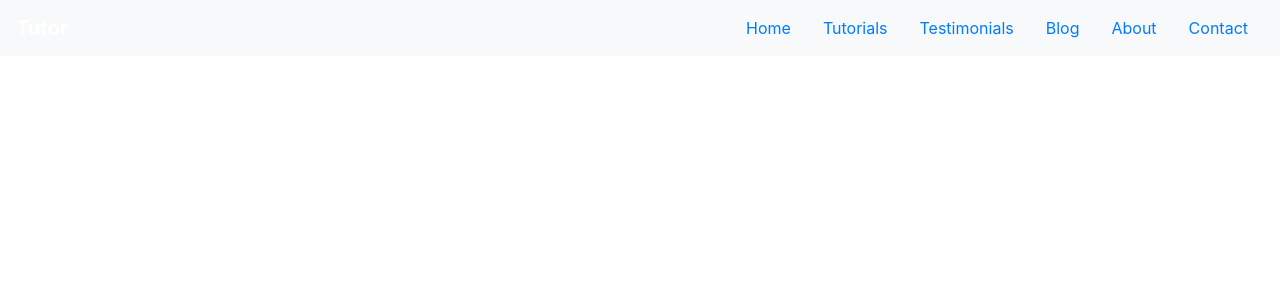
Repository: longvh2003/Tutor
Page: Views/home.html
The author's editor kept a copy of each file at every save. The page is drawn from the files as they stood at one save, then again after the next save.
The browser window is 1280 px wide. The pictures show the whole page.
Some web libraries are served in a nearby version.

Above is the page before, as saved 2020-08-12 16:05:38.

After the next save:
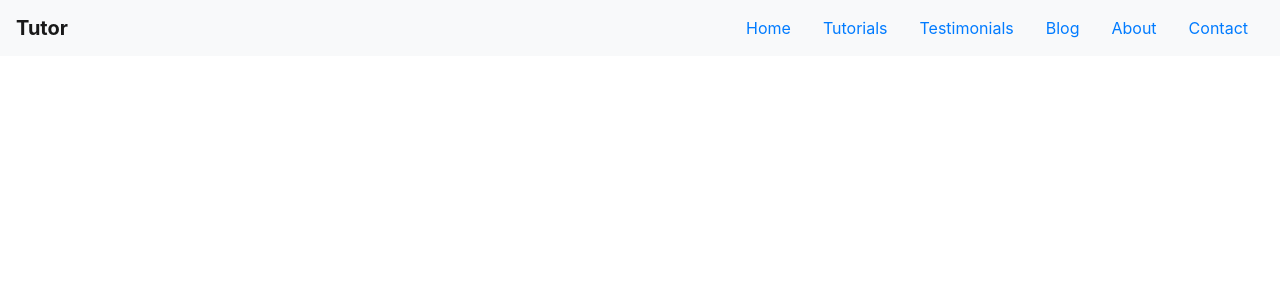
Saved 10 s later.
--- a/Views/home.html
+++ b/Views/home.html
@@ -13,7 +13,7 @@
 
 <body>
     <nav class="navbar navbar-light bg-light">
-        <a class="navbar-brand text-white" href="#"><strong>Tutor</strong></a>
+        <a class="navbar-brand" href="#"><strong>Tutor</strong></a>
         <ul class="nav justify-content-center">
             <li class="nav-item">
                 <a class="nav-link" href="#">Home</a>
